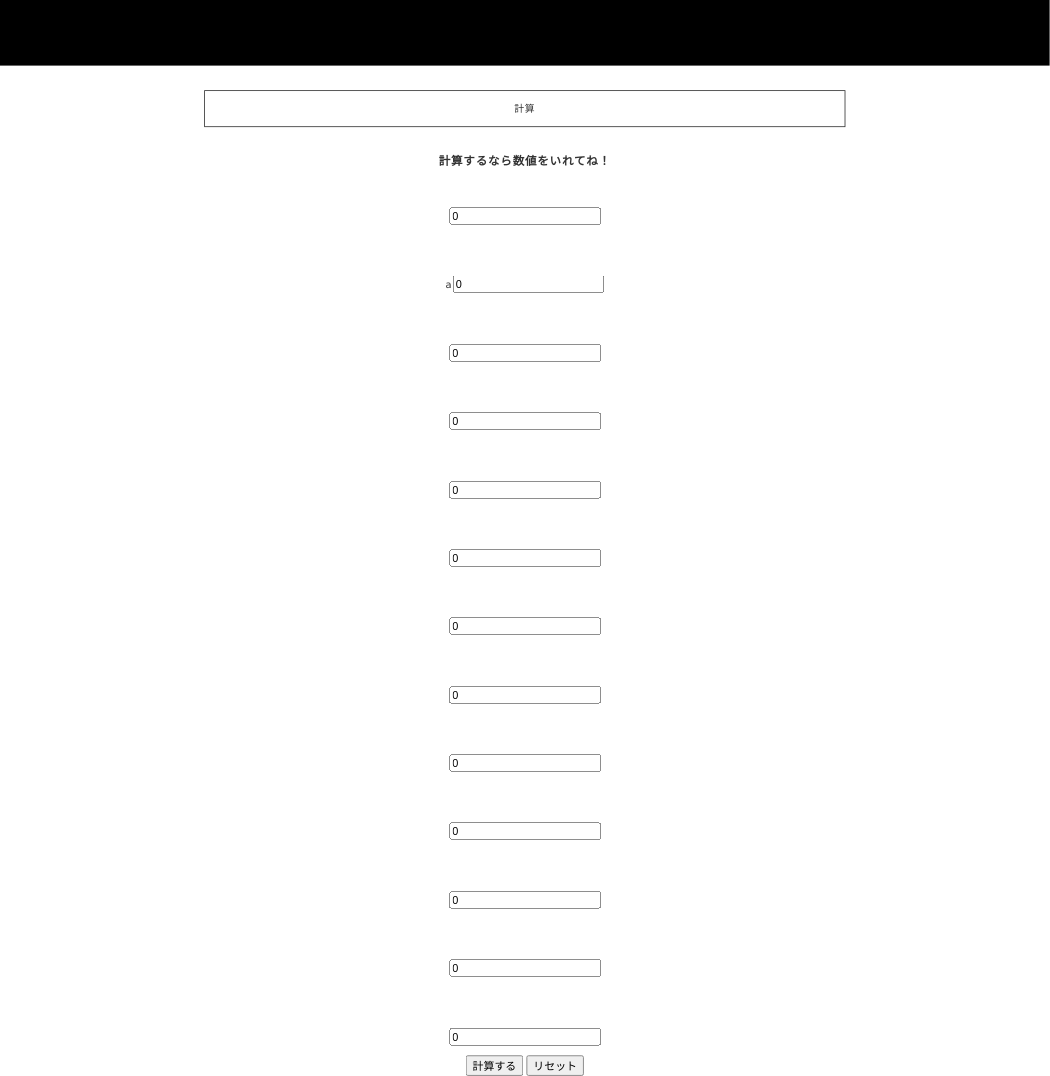
Repository: HattoriKotaro19920408/Keisanchan
Page: http://localhost/Keisanchan/keisan.jsp
These files come from the project's save history. The page is drawn as it stood at one moment and after the next save; the edit follows.
The browser window is 1280 px wide. The pictures show the whole page, at 82% of full size.
The page is served by Tomcat 9. Other server files are loaded and not shown.

Above is the page before, as saved 2018-08-08 02:26:47.

### Keisanchan/WebContent/keisan.jsp
<%@ page language="java" contentType="text/html; charset=UTF-8"
    pageEncoding="UTF-8"%>
<%@ taglib prefix="s" uri="/struts-tags" %>
<!DOCTYPE html PUBLIC "-//W3C//DTD HTML 4.01 Transitional//EN" "http://www.w3.org/TR/html4/loose.dtd">
<html>
<head>
<meta http-equiv="Content-Type" content="text/html; charset=utf-8" />
<meta http-equiv="Content-Style-Type" content="text/css" />
<meta http-equiv="Content-Script-Type" content="text/javascript" />
<meta http-equiv="imagetoolbar" content="no" />
<meta name="description" content="" />
<meta name="keywords" content="" />

<title>計算画面</title>
<style type="text/css">
 body{
      margin:0;
      padding:0;
      line-height:1.6;
      letter-spacing:1px;
      font-family:Verdana, Helvetica, sans-serif;
      font-size:12px;
      color:#333;
      background:#fff;
   }
   table{
     text-align:center;
     margin:o auto;
   }

   #top{
     width:780px;
     margin:30px auto;
     border:1px solid #333;
   }
   #header{
     width:100%;
     height:80px;
     background-color:black;
   }
   #main{
     width:100%;
     height:500px;
     text-align:center;
   }
   #footer{
     width:100%;
     height:80px;
     background-color:black;
     clear:both;
   }
   #text-center{
      display:inline-block;
      text-align:center;
   }

</style>
</head>
<body>
<div id="header">
        <div id="pr">
        </div>
</div>
<div id = "main">
       <div id="top">
          <p>計算</p>
       </div>
       <div>
        <h3>計算するなら数値をいれてね！</h3>

       <br/>
       <form method="get" action="keisanResult.jsp" oninput="result.value = Number(a.value) + Number(b.value);">

<p><input type="number" name="toki" value="0"><p/>

<br><br><p>a<input type="number" name="zikoshi" value="0"></p>
<br><br><p><input type="number" name="keijo" value="0"></p>
<br><br><p><input type="number" name="uriage" value="0"></p>
<br><br><p><input type="number" name="uriage_sori" value="0"></p>
<br><br><p><input type="number" name="eigyo" value="0"></p>
<br><br><p><input type="number" name="total_assets" value="0"></p>
<br><br><p><input type="number" name="total_genka" value="0"></p>
<br><br><p><input type="number" name="tana" value="0"></p>
<br><br><p><input type="number" name="ryudo_assets" value="0"></p>
<br><br><p><input type="number" name="ryudo_fusai" value="0"></p>
<br><br><p><input type="number" name="kotei_assets" value="0"></p>
<br><br><p><input type="number" name="total_fusai" value="0"></p>



<p><input type="submit" value="計算する"> <input type="reset" value="リセット"></p>

</form>

       <div id="text-link">

       </div>
       </div>
   </div>
</body>
</html>

After the next save:
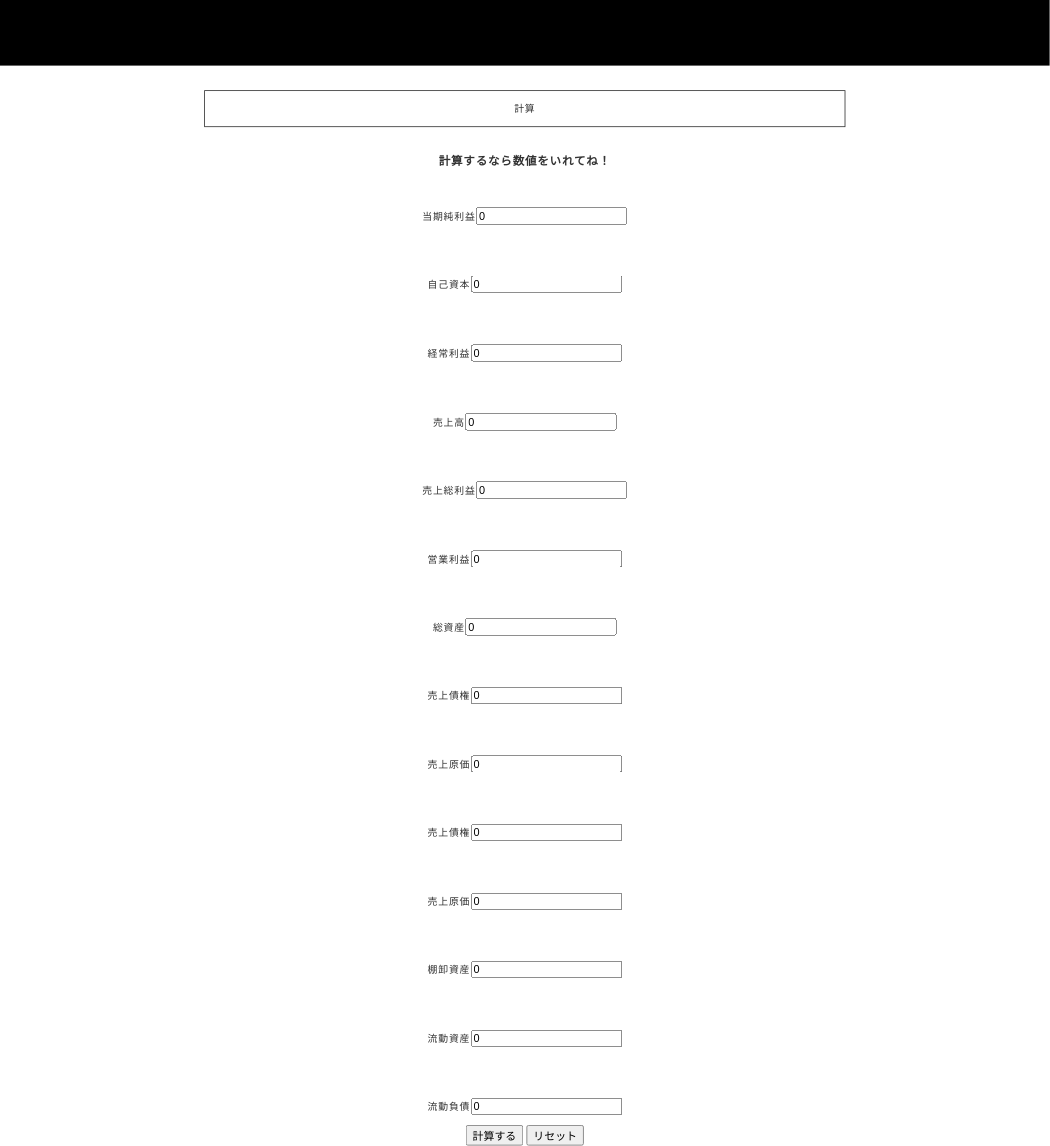
Saved 8 min 5 s later.
--- a/Keisanchan/WebContent/keisan.jsp
+++ b/Keisanchan/WebContent/keisan.jsp
@@ -71,20 +71,21 @@
        <br/>
        <form method="get" action="keisanResult.jsp" oninput="result.value = Number(a.value) + Number(b.value);">
 
-<p><input type="number" name="toki" value="0"><p/>
+<p>当期純利益<input type="number" name="toki" value="0"><p/>
 
-<br><br><p>a<input type="number" name="zikoshi" value="0"></p>
-<br><br><p><input type="number" name="keijo" value="0"></p>
-<br><br><p><input type="number" name="uriage" value="0"></p>
-<br><br><p><input type="number" name="uriage_sori" value="0"></p>
-<br><br><p><input type="number" name="eigyo" value="0"></p>
-<br><br><p><input type="number" name="total_assets" value="0"></p>
-<br><br><p><input type="number" name="total_genka" value="0"></p>
-<br><br><p><input type="number" name="tana" value="0"></p>
-<br><br><p><input type="number" name="ryudo_assets" value="0"></p>
-<br><br><p><input type="number" name="ryudo_fusai" value="0"></p>
-<br><br><p><input type="number" name="kotei_assets" value="0"></p>
-<br><br><p><input type="number" name="total_fusai" value="0"></p>
+<br><br><p>自己資本<input type="number" name="zikoshi" value="0"></p>
+<br><br><p>経常利益<input type="number" name="keijo" value="0"></p>
+<br><br><p>売上高<input type="number" name="uriage" value="0"></p>
+<br><br><p>売上総利益<input type="number" name="uriage_sori" value="0"></p>
+<br><br><p>営業利益<input type="number" name="eigyo" value="0"></p>
+<br><br><p>総資産<input type="number" name="total_assets" value="0"></p>
+<br><br><p>売上債権<input type="number" name="tana" value="0"></p>
+<br><br><p>売上原価<input type="number" name="total_genka" value="0"></p>
+<br><br><p>売上債権<input type="number" name="tana" value="0"></p>
+<br><br><p>売上原価<input type="number" name="ryudo_assets" value="0"></p>
+<br><br><p>棚卸資産<input type="number" name="ryudo_fusai" value="0"></p>
+<br><br><p>流動資産<input type="number" name="kotei_assets" value="0"></p>
+<br><br><p>流動負債<input type="number" name="total_fusai" value="0"></p>
 
 
 
